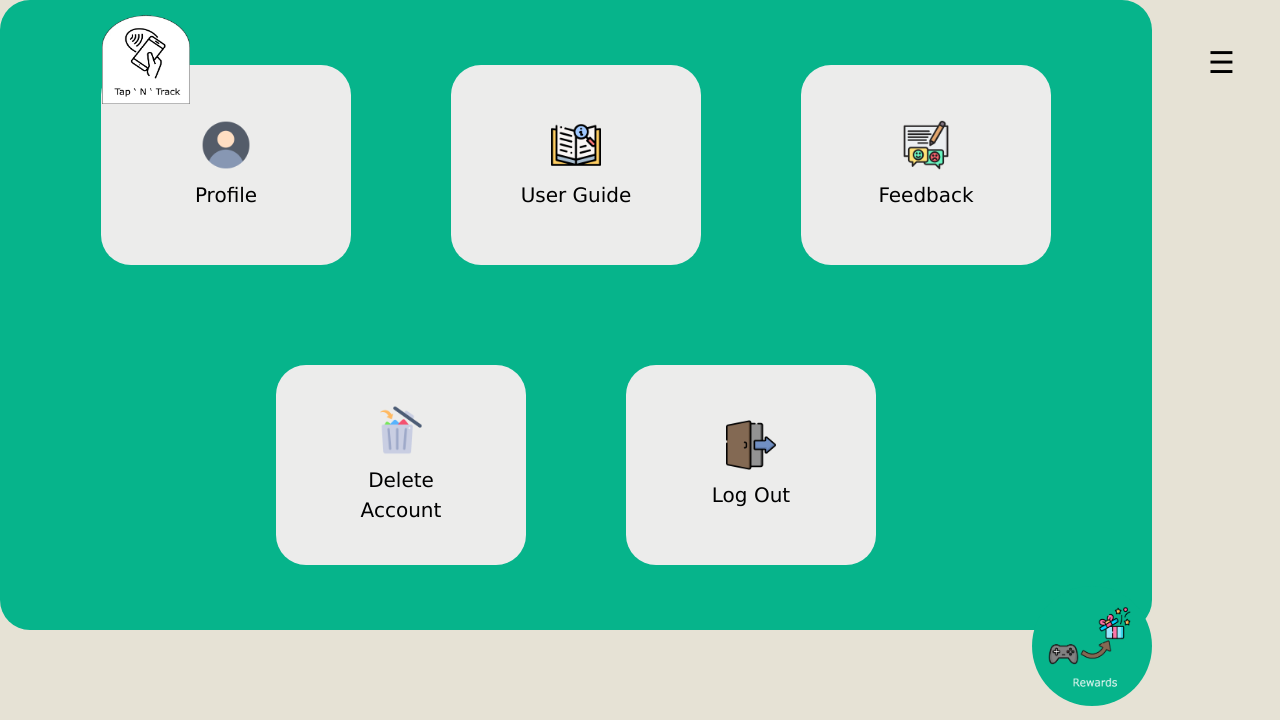
Repository: ruiienn/FYP
Page: http://localhost/more
These files come from the project's save history. The page is drawn as it stood at one moment and after the next save; the edit follows.
The browser window is 1280 px wide. The pictures show the whole page.
Backgrounds fixed to the window are drawn as part of the page. The page is this project's Thymeleaf template; nobody is signed in. The template is opened directly, without the code that normally fills it, so the values that code supplies are empty.

Above is the page before, as saved 2024-11-19 11:42:19.

### FYP2/src/main/resources/templates/more.html
<!DOCTYPE HTML>
<html xmlns:th="http://www.thymeleaf.org">
<head>
<meta name="viewport" content="width=device-width, initial-scale=1">
<title>More</title>
<link rel="icon" type="image/png" href="/img/nfc.png">
<link rel="stylesheet" href="/bootstrap/css/bootstrap.min.css">
<script src="/bootstrap/css/bootstrap.js"></script>
</head>
<body>
	<div th:replace="fragments/style"></div>
	<div th:replace="fragments/more_style"></div>


	<div class="more">
		<div>
			<a href="/avatar" target="_self" class="background"> <img
				class="img" src="images/profile.png" /> <span class="text">Profile</span>
			</a>
		</div>
		<div>
			<a href="/NFC GUIDE.pdf" target="_self" class="background"> <img
				class="img" src="images/guide.png" /> <span class="text">User
					Guide</span>
			</a>
		</div>
		<div>
			<a href="https://forms.gle/tJ3aNRu56ZBdpijv7" target="_self"
				class="background"> <img class="img" src="images/feedback.png" />
				<span class="text">Feedback</span>
			</a>
		</div>
	<!--  <div>
			<a th:href="@{/members/delete/{id}(id=${members.id})}" target="_self"
				class="background"
				style="color: black; text-decoration: none;">Delete Account</a>
		</div> -->
		<button class="background" onclick="confirmDelete()">
			<img class="img" src="images/delete.png" /> <span class="text">Delete
				Account</span>
		</button>
		<button style="left: 600px;" class="background"
			onclick="confirmDelete()">
			<img class="img" src="images/log out.png" /> <span class="text">Log
				Out</span>
		</button>
		<!--
				<a href="/login" target="_self" class="account"
					style="margin-top: 150px;"> <span style="margin-left: 20px;">Login</span>
				</a><a href="/register" target="_self" class="account"> <span
					style="margin-left: 20px;">Register</span>
				</a>-->
	</div>


</body>
</html>

### FYP2/src/main/resources/templates/fragments/style.html
<style>
body {
	font-family: Verdana;
	font-size: 20px;
	background-color: #E6E2D5;
	text-decoration: none;
	background-image: url('/images/mushroom.png'), url('/images/pac.png');
	/* background-position: right 50px, bottom 80px; */
	background-repeat: no-repeat;
	background-attachment: fixed;
	background-position: bottom;
	background-position: 200px;
}

.container {
	top: 20%;
}

.sidebar {
	height: 100%;
	width: 0;
	position: fixed;
	top: 0;
	right: 0;
	background-color: #06B48B;
	overflow-x: hidden;
	padding-top: 70px;
}

.sidebar a {
	padding: 10px 10px 10px 30px;
	text-decoration: none;
	font-size: 20px;
	color: white;
	display: flex;
	align-items: center;
}

.sidebar a:hover {
	background-color: #5184bf;
}

.openbtn {
	background-color: transparent;
	font-size: 30px;
	padding: 10px 15px;
	border: none;
	position: fixed;
	top: 30px;
	right: 30px;
	font-size: 30px;
}

.icon {
	width: 30px;
	height: 30px;
	margin-right: 10px;
}

.text {
	margin-left: 30px;
}

.logo {
	display: flex;
	flex-direction: column;
	align-items: center;
	position: fixed;
	width: 90px;
	height: 90px;
	top: 2%;
	left: 8%;
}

.button-img {
	display: flex;
	align-items: center;
	position: fixed;
	width: 120px;
	height: 120px;
	border-radius: 80%;
	bottom: 2%;
	right: 10%;
	position: fixed;
}

.btn-add {
	background-color: #5184bf;
	color: white;
	text-decoration: none;
	padding: 15px;
	border-radius: 20px;
	border: none;
	margin-top: 10px;
	display: inline-block;
	position: relative;
	width: auto;
	margin-right: 10%;
	text-align: center;
}

.btn-container {
	display: flex;
	justify-content: flex-end;
	margin-top: 10px;
}
</style>
</head>
<header>
<!--  	<img class="pac" src="/images/pac.png"> <img class="mushroom"
		src="/images/mushroom.png"> -->
	<div id="mySidebar" class="sidebar">
		<a href="/" target="_self"> <img class="icon"
			th:src="@{/images/home.png}" /> <span class="text">Home</span>
		</a> <a href="/rewards" target="_self"> <img class="icon"
			th:src="@{/images/gift.png}" /> <span class="text">Rewards</span>
		</a> <a href="/activities" target="_self"> <img class="icon"
			th:src="@{/images/point.png}" /> <span class="text">Activities</span>
		</a> <a href="/members" target="_self"> <img class="icon"
			th:src="@{/images/member.png}" /> <span class="text">Members</span>
		</a> <a href="/more" target="_self"> <img class="icon"
			th:src="@{/images/more.png}" /> <span class="text">More</span>
		</a> <a href="/login" target="_self"> <img class="icon"
			th:src="@{/images/login.png}" /> <span class="text">Log In</span>
		</a>
	</div>

	<button id="sidebarToggle" class="openbtn" onclick="toggleNav()">☰</button>
	<a href="/" style="text-decoration: none;"> <img class="logo"
		th:src="@{/images/logo.png}">
	</a> <a href="/rewards" style="text-decoration: none;"> <img
		class="button-img" th:src="@{/images/button.png}" />
	</a>
	<script>
		function toggleNav() {
			const sidebar = document.getElementById("mySidebar");
			const button = document.getElementById("sidebarToggle");

			if (sidebar.style.width === "220px") {
				sidebar.style.width = "0";
				button.style.right = "10px";
			} else {
				sidebar.style.width = "220px";
				button.style.right = "260px";
			}
		}
	</script>
</header>

### FYP2/src/main/resources/templates/fragments/more_style.html
<style>
.more {
	background-color: #06B48B;
	border-radius: 30px;
	width: 90%;
	height: auto;
	padding: 15px;
	display: flex;
	align-items: center;
	justify-content: center;
	flex-wrap: wrap;
	font-size: 20px;
}

.background {
	background-color: #ececeb;
	width: 250px;
	height: 200px;
	padding: 30px;
	border: none;
	border-radius: 30px;
	margin: 50px;
	text-decoration: none;
	color: black;
	display: flex;
	flex-direction: column;
	align-items: center;
	justify-content: center;
}

.background:hover {
	text-decoration: none;
	color: black;
}

.img {
	width: 50px;
	height: 50px;
	margin-bottom: 10px;
}

.text {
	margin-right: 30px;
}
</style>

Loaded but not shown: FYP2/src/main/resources/static/bootstrap/css/bootstrap.min.css (library); FYP2/src/main/resources/static/bootstrap/js/bootstrap.js (library)

After the next save:
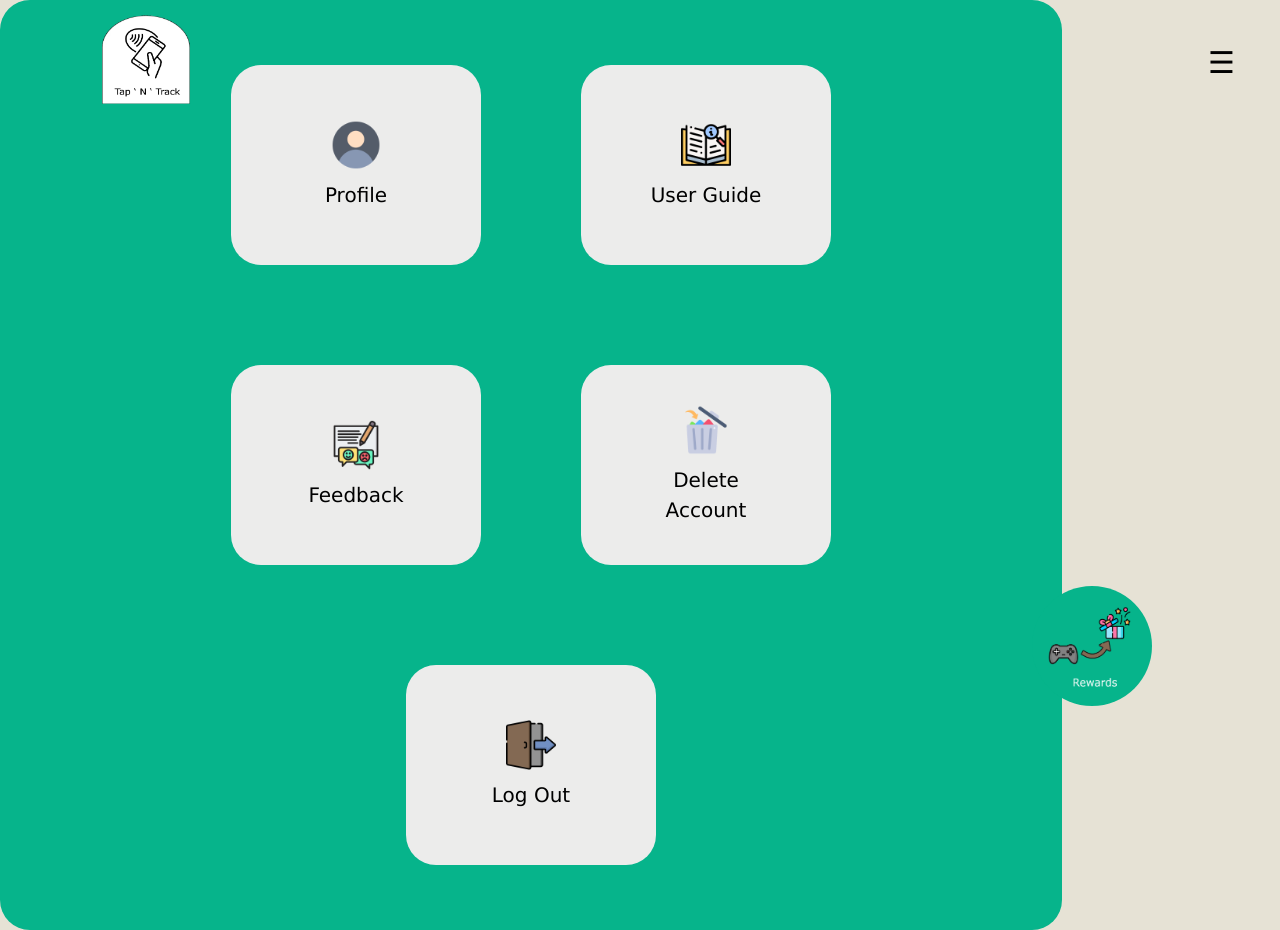
Saved 49 s later.
--- a/FYP2/src/main/resources/templates/fragments/style.html
+++ b/FYP2/src/main/resources/templates/fragments/style.html
@@ -10,6 +10,7 @@
 	background-attachment: fixed;
 	background-position: bottom;
 	background-position: 200px;
+	padding-right: 100px;
 }
 
 .container {
